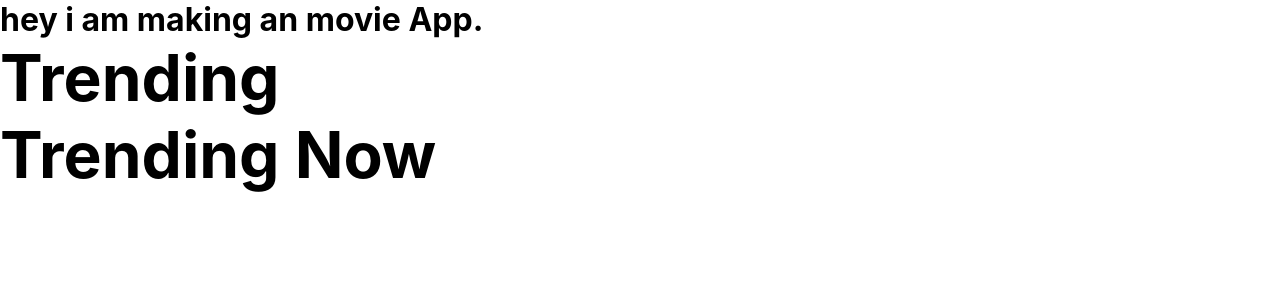
Repository: ramtoppo12/movieApp
Page: /
These files come from the project's save history. The page is drawn as it stood at one moment and after the next save; the edit follows.
The browser window is 1280 px wide. The pictures show the whole page.
The page's requests for data from a server got no answer. The project was rebuilt for these pictures with package versions that can differ from the ones it lists, and the page was loaded fresh each time. No one was signed in, and anything a server would have sent is missing. Also part of the build but not shown: src/App.css, src/row.css.

Above is the page before, as saved 2020-11-09 20:44:13.

After the next save:
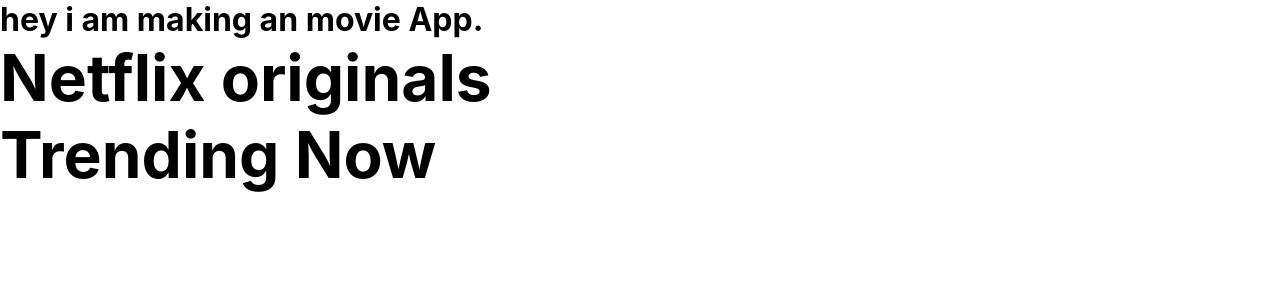
Saved 43 s later.
--- a/src/App.js
+++ b/src/App.js
@@ -8,7 +8,7 @@
     <div className="App">
       <h1>
         hey i am making an movie App.
-        <Row title="Trending" fetchUrl={requests.fetchNetfixOriginals}/>
+        <Row title="Netflix originals" fetchUrl={requests.fetchNetfixOriginals}/>
         <Row title="Trending Now" fetchUrl={requests.fetchTrendingNow}/>
       </h1>
     </div>
